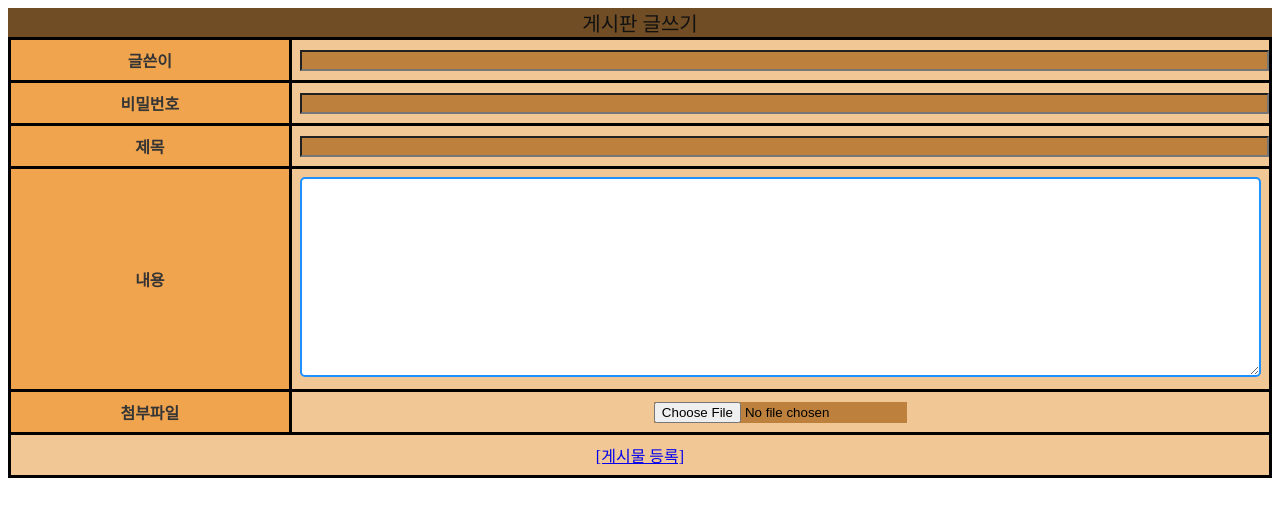
Repository: LucestDail/jdbcWorkspace
Page: http://localhost/jdbcProject/model1/board/writeForm.jsp
The author's editor kept a copy of each file at every save. The page is drawn from the files as they stood at one save, then again after the next save.
The browser window is 1280 px wide. The pictures show the whole page.
The page is served by Tomcat 9.

Above is the page before, as saved 2020-11-23 07:50:54.

After the next save:
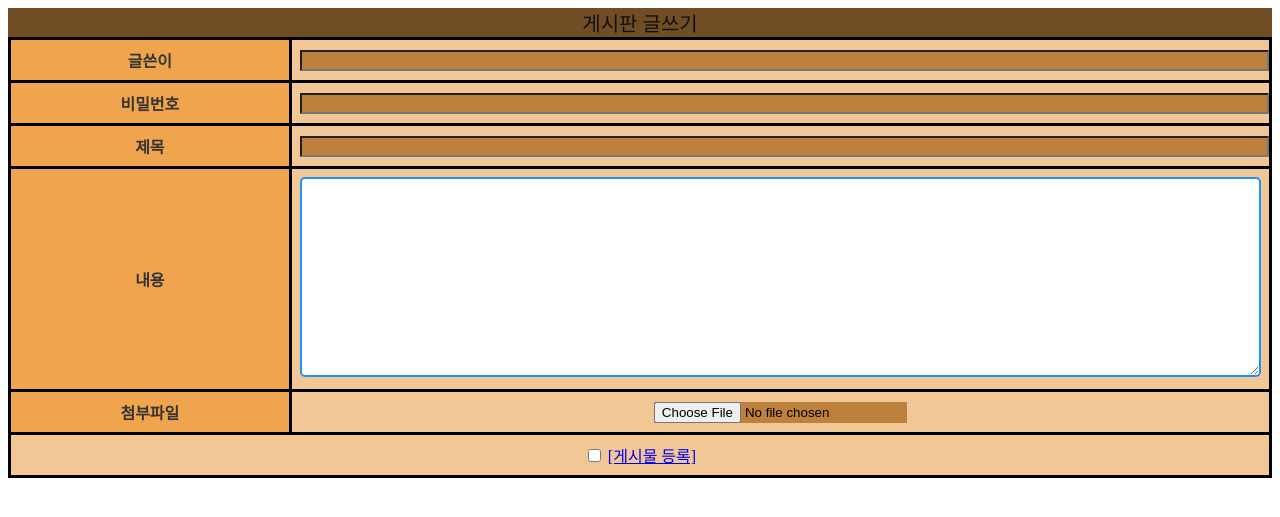
Saved 3 min 0 s later.
--- a/jdbcProject/WebContent/model1/board/writeForm.jsp
+++ b/jdbcProject/WebContent/model1/board/writeForm.jsp
@@ -79,6 +79,7 @@
 		</tr>
 		<tr>
 			<td colspan = "2">
+				<input type = checkbox name="notice" value="이글을 공지로">
 				<a href = "javascript:inputcheck()">[게시물 등록]</a>
 			</td>
 		</tr>

After the save that followed:
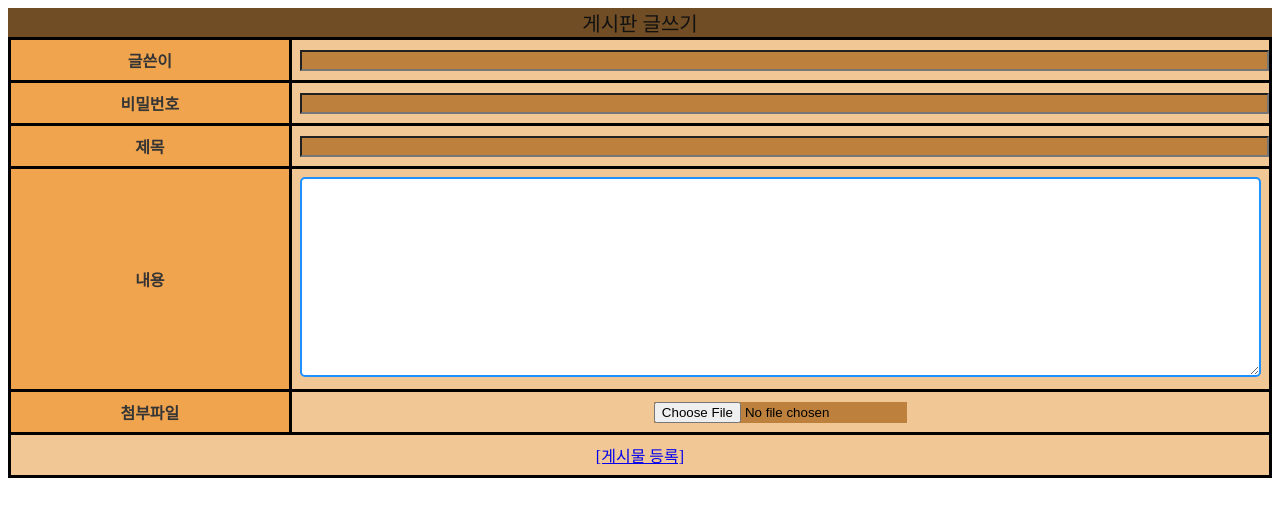
Saved 88 s later.
--- a/jdbcProject/WebContent/model1/board/writeForm.jsp
+++ b/jdbcProject/WebContent/model1/board/writeForm.jsp
@@ -79,7 +79,7 @@
 		</tr>
 		<tr>
 			<td colspan = "2">
-				<input type = checkbox name="notice" value="이글을 공지로">
+				<a href = ""></a>
 				<a href = "javascript:inputcheck()">[게시물 등록]</a>
 			</td>
 		</tr>
